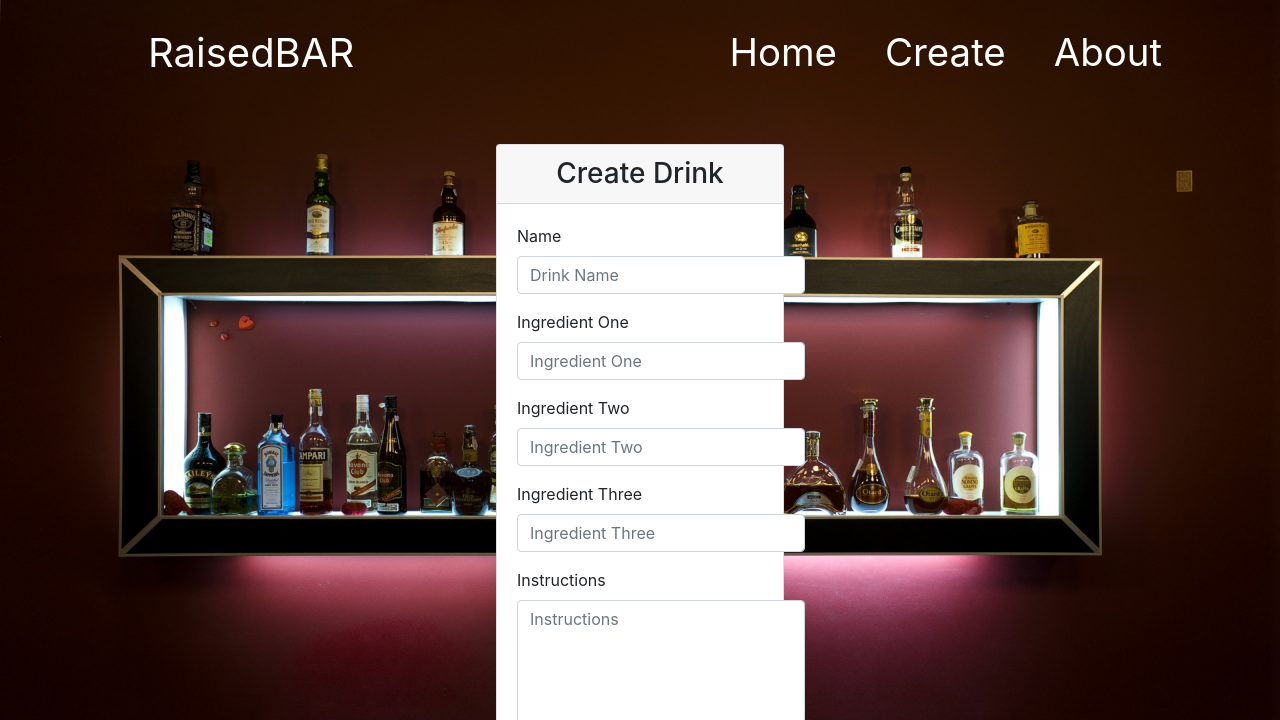
Repository: Ianodad/RaisedBar
Page: /create-drink
An editor plug-in stored every save of this project. The page is shown before and after the next save, followed by the edit.
The browser window is 1280 px wide. The pictures show the whole page.
The project was rebuilt for these pictures with package versions that can differ from the ones it lists, and the page was loaded fresh each time. Also part of the build but not shown: src/api/client.js, src/api/cocktaildb.js, src/component/Search/index.js, src/component/Common/Button/Button.js, src/pages/Home.css, src/component/Common/showCard/Card.css, src/component/Common/showCard/Card.js, src/component/CollectionView/index.js and 4 more.

Above is the page before, as saved 2021-02-02 09:35:09.

### src/index.js
import React from 'react';
import ReactDOM from 'react-dom';
import App from './App';
import reportWebVitals from './reportWebVitals';

import { BrowserRouter } from "react-router-dom";
// import 'bootstrap/dist/css/bootstrap.min.css';
import 'bootstrap/dist/css/bootstrap.min.css';




ReactDOM.render(
  <BrowserRouter>
    <App />
  </BrowserRouter>,
  document.getElementById('root')
);

// If you want to start measuring performance in your app, pass a function
// to log results (for example: reportWebVitals(console.log))
// or send to an analytics endpoint. Learn more: https://bit.ly/CRA-vitals
reportWebVitals();

### src/App.js
import {Route, Switch, Redirect } from "react-router-dom";
import React, { Component } from "react";

import Home from "./pages/Home";
import Details from "./pages/Details";
import CreateDrink from "./pages/CreateDrink";
import SearchPage from "./pages/SearchPage";


import NotFound from "./pages/NotFound";
import Navbar from "./component/Navbar";


class App extends Component {
  render() {
    return (
      <React.Fragment>
       {/* <Navbar/> */}
        <Switch>
					<Route path='/' exact component={Home} />
					<Route exact path='/details/:id' component={Details}/>
          <Route exact path='/create-drink' component={CreateDrink}/>
          <Route exact path='/search' component={SearchPage}/>
					<Route path='/notFound' component={NotFound} />
					<Redirect to='/notFound' />
				</Switch>
     </React.Fragment>
    )
  }
}

export default App

### src/pages/CreateDrink.js
import React, { Component } from "react";
import Layout from "../component/Layout/index";
import { Formik } from "formik";
import firebase from '../firebase'
import nextId from "react-id-generator";


import * as Yup from 'yup';


const validationSchema = Yup.object().shape({
  drinkName : Yup.string()
    .required()
    .email("well that's not an email")

});

class CreateDrink extends Component {

  componentDidMount = async()=>{

    return firebase.firestore().collection("Cocktail")
      .doc("DrinksCreated")
      .set({
        timecreate: firebase.firestore.FieldValue.serverTimestamp(),
        drinkName:'coke',
        ingredient1: "water",
        ingredient2: 'ice',
        ingredient3: "sugar",
        instructions:"mix all together"
      })
      .then(function () {
        console.log("Document successfully written!");
      })
      .catch(function (error) {
        console.error("Error writing document: ", error);
      });

  }

    handleCreateDrink = ({drinkName, ingredient1, ingredient2, ingredient3, instructions}) => {
      console.log(drinkName, ingredient1, ingredient2, ingredient3, instructions)
     return firebase.firestore().collection("Cocktail")
      .doc(drinkName)
      .set({
        idDrink:  nextId(),
        timeCreate: firebase.firestore.FieldValue.serverTimestamp(),
        drinkName: drinkName,
        ingredient1: ingredient1,
        ingredient2: ingredient2,
        ingredient3: ingredient3,
        instructions: instructions
      })
      .then(function () {
        console.log("Document successfully written!");
        window.location = "/";
      })
      .catch(function (error) {
        console.error("Error writing document: ", error);
      });

    };
  render() {
    return (
      <Layout className="container-fluid h-100">
        <div
          className="card card-outline-secondary mx-auto"
          style={{ top: "20%", width:"18em" }}
        >
          <div className="card-header">
            <h3 className="mb-0 text-center">Create Drink</h3>
          </div>
          <div className="card-body mx-auto" >
            <Formik
              initialValues={{
                drinkName: "",
                ingredient1: "",
                ingredient2: "",
                ingredient3: "",
                file:"",
                instructions: "",
              }}
              validate={this.validationSchema}
              onSubmit={(values) => {
                this.handleCreateDrink(values);
              }}
            >
              {({
                values,
                handleChange,
                handleBlur,
                handleSubmit,
                isSubmitting,
              }) => (
                <form
                  className="form"
                  role="form"
                  autoComplete="off"
                  onSubmit={handleSubmit}
                  style={{width:'18em'}}
                >
                  <div className="form-group">
                    <label htmlFor="inputName">Name</label>
                    <input
                      type="text"
                      name="drinkName"
                      onChange={handleChange("drinkName")}
                      onBlur={handleBlur}
                      // value={values.drinkName}
                      className="form-control"
                      id="drinkName"
                      placeholder="Drink Name"
                    />
                  </div>
                  <div className="form-group">
                    <label htmlFor="ingredient1">Ingredient One</label>
                    <input
                      type="text"
                      className="form-control"
                      onChange={handleChange("ingredient1")}
                      // value={values.ingredient1}
                      onBlur={handleBlur}
                      id="ingredient1"
                      placeholder="Ingredient One"
                      required
                    />
                  </div>
                  <div className="form-group">
                    <label htmlFor="ingredient2">Ingredient Two</label>
                    <input
                      type="text"
                      className="form-control"
                      // value={values.ingredient2}
                      onChange={handleChange("ingredient2")}
                      onBlur={handleBlur}
                      id="ingredient2"
                      placeholder="Ingredient Two"
                      required
                    />
                  </div>
                  <div className="form-group">
                    <label htmlFor="ingredient3">Ingredient Three</label>
                    <input
                      type="text"
                      className="form-control"
                      // value={values.ingredient3}
                      onChange={handleChange("ingredient3")}
                      onBlur={handleBlur}
                      id="ingredient3"
                      placeholder="Ingredient Three"
                      required
                    />
                  </div>
                  {/* <div className="form-group">
                    <label for="file">File upload</label>
                    <input
                      id="file"
                      name="file"
                      type="file"
                      onChange={handleChange("file")}
                      className="form-control"
                    />
                  </div> */}
                  <div className="form-group">
                    <label htmlFor="instructions">Instructions</label>
                    <textarea
                      type="text"
                      className="form-control"
                      // value={values.instructions}
                      onChange={handleChange("instructions")}
                      id="instructions"
                      placeholder="Instructions"
                      rows="5"
                      required
                    />
                  </div>
                  <div className="form-group">
                    <button
                      type="submit"
                      className="btn btn-success btn-lg mx-auto"
                    >
                      Create Drink
                    </button>
                  </div>
                </form>
              )}
            </Formik>
          </div>
        </div>
      </Layout>
    );
  }
}

export default CreateDrink;

### src/component/Navbar/index.js
import React, { Component } from 'react'
import { NavLink } from "react-router-dom";

import "./Navbar.css";




class index extends Component {
    render() {
        return (
          <nav className="nav">
            <div className="container">
              <div className="logo">
                <a href="#" style={{color:"white"}}>RaisedBAR</a>
              </div>
              <div id="mainListDiv" className="main_list">
                <ul className="navlinks">
                  <li>
                    <NavLink active to="/">
                        Home
                    </NavLink>
                  </li>
                  <li>
                    <NavLink to="/create-drink">
                        Create
                    </NavLink>
                  </li>
                  <li>
                    <NavLink to="/about">
                       About
                    </NavLink>
                  </li>
                </ul>
              </div>
              <span className="navTrigger">
                <i />
                <i />
                <i />
              </span>
            </div>
          </nav>
        );
    }
}

export default index

### src/component/Layout/index.js
import React, { Component } from 'react'
import "./Layout.css";
import Navbar from "../Navbar";


class index extends Component {
    render() {
        const {className, style, }= this.props
        return (
            <div className={className} style={{style}} id="main-body">
                <Navbar/>
                {this.props.children}
            </div>
        )
    }
}

export default index

### src/firebase.js
import firebase from 'firebase'

import 'firebase/firestore'

const firebaseConfig = {
    apiKey: process.env.REACT_APP_FIREBASE_API_KEY,
    authDomain: process.env.REACT_APP_FIREBASE_AUTH_DOMAIN,
    projectId: process.env.REACT_APP_FIREBASE_PROJECT_ID,
    storageBucket: process.env.REACT_APP_FIREBASE_STORAGE_BUCKET,
    messagingSenderId: process.env.REACT_APP_FIREBASE_MASSAGING_SENDER_ID,
    appId: process.env.REACT_APP_FIREBASE_APP_ID,
    measurementId: process.env.REACT_APP_FIREBASE_MEASUREMENT_ID
  };


firebase.initializeApp(firebaseConfig);

export default firebase;

### src/component/Navbar/Navbar.css
@import url('https://fonts.googleapis.com/css?family=Quicksand:400,500,700');

.nav {
    width: 100%;
    height: 65px;
    position: fixed;
    line-height: 65px;
    text-align: center;
}

.nav div.logo {
    float: left;
    width: auto;
    height: auto;
    padding-left: 3rem;
}

.nav div.logo a {
    text-decoration: none;
    color: black;
    font-size: 2.5rem;
}

.nav div.logo a:hover {
    color: #e61b00;
}

.nav div.main_list {
    height: 65px;
    float: right;
}

.nav div.main_list ul {
    width: 100%;
    height: 65px;
    display: flex;
    list-style: none;
    margin: 0;
    padding: 0;
}

.nav div.main_list ul li {
    width: auto;
    height: 65px;
    padding: 0;
    padding-right: 3rem;
}

.nav div.main_list ul li a {
    text-decoration: none;
    color: rgb(255, 255, 255);
    line-height: 65px;
    font-size: 2.4rem;
}

.nav div.main_list ul li a:hover {
    color: #e62300;
}


.navTrigger {
    display: none;
}

.nav {
    padding-top: 20px;
    padding-bottom: 20px;
    -webkit-transition: all 0.4s ease;
    transition: all 0.4s ease;
}


/* Media qurey section */


@media screen and (max-width:768px) {
    .navTrigger {
        display: block;
    }
    .nav div.logo {
        margin-left: 15px;
    }
    .nav div.main_list {
        width: 100%;
        height: 0;
        overflow: hidden;
    }
    .nav div.show_list {
        height: auto;
        display: none;
    }
    .nav div.main_list ul {
        flex-direction: column;
        width: 100%;
        height: 100vh;
        right: 0;
        left: 0;
        bottom: 0;
        background-color: #111;
        /*same background color of navbar*/
        background-position: center top;
    }
    .nav div.main_list ul li {
        width: 100%;
        text-align: right;
    }
    .nav div.main_list ul li a {
        text-align: center;
        width: 100%;
        font-size: 3rem;
        padding: 20px;
    }
    .nav div.media_button {
        display: block;
    }
}


/* Animation */

.navTrigger {
    cursor: pointer;
    width: 30px;
    height: 25px;
    margin: auto;
    position: absolute;
    right: 30px;
    top: 0;
    bottom: 0;
}

.navTrigger i {
    background-color: #fff;
    border-radius: 2px;
    content: '';
    display: block;
    width: 100%;
    height: 4px;
}

.navTrigger i:nth-child(1) {
    -webkit-animation: outT 0.8s backwards;
    animation: outT 0.8s backwards;
    -webkit-animation-direction: reverse;
    animation-direction: reverse;
}

.navTrigger i:nth-child(2) {
    margin: 5px 0;
    -webkit-animation: outM 0.8s backwards;
    animation: outM 0.8s backwards;
    -webkit-animation-direction: reverse;
    animation-direction: reverse;
}

.navTrigger i:nth-child(3) {
    -webkit-animation: outBtm 0.8s backwards;
    animation: outBtm 0.8s backwards;
    -webkit-animation-direction: reverse;
    animation-direction: reverse;
}

.navTrigger.active i:nth-child(1) {
    -webkit-animation: inT 0.8s forwards;
    animation: inT 0.8s forwards;
}

.navTrigger.active i:nth-child(2) {
    -webkit-animation: inM 0.8s forwards;
    animation: inM 0.8s forwards;
}

.navTrigger.active i:nth-child(3) {
    -webkit-animation: inBtm 0.8s forwards;
    animation: inBtm 0.8s forwards;
}

@-webkit-keyframes inM {
    50% {
        -webkit-transform: rotate(0deg);
    }
    100% {
        -webkit-transform: rotate(45deg);
    }
}

@keyframes inM {
    50% {
        transform: rotate(0deg);
    }
    100% {
        transform: rotate(45deg);
    }
}

@-webkit-keyframes outM {
    50% {
        -webkit-transform: rotate(0deg);
    }
    100% {
        -webkit-transform: rotate(45deg);
    }
}

@keyframes outM {
    50% {
        transform: rotate(0deg);
    }
    100% {
        transform: rotate(45deg);
    }
}

@-webkit-keyframes inT {
    0% {
        -webkit-transform: translateY(0px) rotate(0deg);
    }
    50% {
        -webkit-transform: translateY(9px) rotate(0deg);
    }
    100% {
        -webkit-transform: translateY(9px) rotate(135deg);
    }
}

@keyframes inT {
    0% {
        transform: translateY(0px) rotate(0deg);
    }
    50% {
        transform: translateY(9px) rotate(0deg);
    }
    100% {
        transform: translateY(9px) rotate(135deg);
    }
}

@-webkit-keyframes outT {
    0% {
        -webkit-transform: translateY(0px) rotate(0deg);
    }
    50% {
        -webkit-transform: translateY(9px) rotate(0deg);
    }
    100% {
        -webkit-transform: translateY(9px) rotate(135deg);
    }
}

@keyframes outT {
    0% {
        transform: translateY(0px) rotate(0deg);
    }
    50% {
        transform: translateY(9px) rotate(0deg);
    }
    100% {
        transform: translateY(9px) rotate(135deg);
    }
}

@-webkit-keyframes inBtm {
    0% {
        -webkit-transform: translateY(0px) rotate(0deg);
    }
    50% {
        -webkit-transform: translateY(-9px) rotate(0deg);
    }
    100% {
        -webkit-transform: translateY(-9px) rotate(135deg);
    }
}

@keyframes inBtm {
    0% {
        transform: translateY(0px) rotate(0deg);
    }
    50% {
        transform: translateY(-9px) rotate(0deg);
    }
    100% {
        transform: translateY(-9px) rotate(135deg);
    }
}

@-webkit-keyframes outBtm {
    0% {
        -webkit-transform: translateY(0px) rotate(0deg);
    }
    50% {
        -webkit-transform: translateY(-9px) rotate(0deg);
    }
    100% {
        -webkit-transform: translateY(-9px) rotate(135deg);
    }
}

@keyframes outBtm {
    0% {
        transform: translateY(0px) rotate(0deg);
    }
    50% {
        transform: translateY(-9px) rotate(0deg);
    }
    100% {
        transform: translateY(-9px) rotate(135deg);
    }
}

### src/component/Layout/Layout.css
body,
html {
  height: 100%;
  width: 100%;
  margin: 0;
  padding: 0;
  /* background: #e74c3c !important; */
}


#main-body{
    background-image: url("../../img/main_background.jpg");
    background-repeat: no-repeat;
    background-size: cover;
    background-position: center;
    height: 100%;
    width: 100%;
    position: fixed;
}

### src/component/Search/Search.css
body,
html {
  height: 100%;
  width: 100%;
  margin: 0;
  padding: 0;
  background: #e74c3c !important;
}

.searchbar {
  margin-bottom: auto;
  margin-top: auto;
  height: 60px;
  background-color: #353b48;
  border-radius: 30px;
  padding: 10px;
}

.search_input {
  color: white;
  border: 0;
  outline: 0;
  background: none;
  width: 0;
  caret-color: transparent;
  line-height: 40px;
  transition: width 0.4s linear;
}

.searchbar:hover > .search_input {
  padding: 0 10px;
  width: 450px;
  caret-color: red;
  transition: width 0.4s linear;
}

.searchbar:hover > .search_icon {
  background: white;
  color: #e74c3c;
}

.search_icon {
  height: 40px;
  width: 40px;
  float: right;
  display: flex;
  justify-content: center;
  align-items: center;
  border-radius: 50%;
  color: white;
  text-decoration: none;
}

### src/component/Common/Button/button.css
@import url('https://fonts.googleapis.com/css?family=Mukta:700');
 * {
	 box-sizing: border-box;
}
 *::before, *::after {
	 box-sizing: border-box;
}
 body {
	 font-family: 'Mukta', sans-serif;
	 /* font-size: 1rem;
	 line-height: 1.5;
	 display: flex;
	 align-items: center;
	 justify-content: center;
	 margin: 0;
	 min-height: 100vh;
	 background: #f3f8fa; */
}
 button {
	 position: relative;
	 display: inline-block;
	 cursor: pointer;
	 outline: none;
	 border: 0;
	 vertical-align: middle;
	 text-decoration: none;
	 background: transparent;
	 padding: 0;
	 font-size: inherit;
	 font-family: inherit;
}
 button.learn-more {
	 width: 12rem;
	 height: auto;
}
 button.learn-more .circle {
	 transition: all 0.45s cubic-bezier(0.65, 0, 0.076, 1);
	 position: relative;
	 display: block;
	 margin: 0;
	 width: 3rem;
	 height: 3rem;
	 background: #282936;
	 border-radius: 1.625rem;
}
 button.learn-more .circle .icon {
	 transition: all 0.45s cubic-bezier(0.65, 0, 0.076, 1);
	 position: absolute;
	 top: 0;
	 bottom: 0;
	 margin: auto;
	 background: #fff;
}
 button.learn-more .circle .icon.arrow {
	 transition: all 0.45s cubic-bezier(0.65, 0, 0.076, 1);
	 left: 0.625rem;
	 width: 1.125rem;
	 height: 0.125rem;
	 background: none;
}
 button.learn-more .circle .icon.arrow::before {
	 position: absolute;
	 content: '';
	 top: -0.25rem;
	 right: 0.0625rem;
	 width: 0.625rem;
	 height: 0.625rem;
	 border-top: 0.125rem solid #fff;
	 border-right: 0.125rem solid #fff;
	 transform: rotate(45deg);
}
 button.learn-more .button-text {
	 transition: all 0.45s cubic-bezier(0.65, 0, 0.076, 1);
	 position: absolute;
	 top: 0;
	 left: 0;
	 right: 0;
	 bottom: 0;
	 padding: 0.75rem 0;
	 margin: 0 0 0 1.85rem;
	 color: #282936;
	 font-weight: 700;
	 line-height: 1.6;
	 text-align: center;
	 text-transform: uppercase;
}
 button:hover .circle {
	 width: 100%;
}
 button:hover .circle .icon.arrow {
	 background: #fff;
	 transform: translate(1rem, 0);
}
 button:hover .button-text {
	 color: #fff;
}
 @supports (display: grid) {
	 /* body {
		 display: grid;
		 grid-template-columns: repeat(4, 1fr);
		 grid-gap: 0.625rem;
		 grid-template-areas: ". main main ." ". main main .";
	} */
	 #container {
		 grid-area: main;
		 align-self: center;
		 justify-self: center;
	}
}

Loaded but not shown: public/index.html (common file); src/reportWebVitals.js (common file)

After the next save:
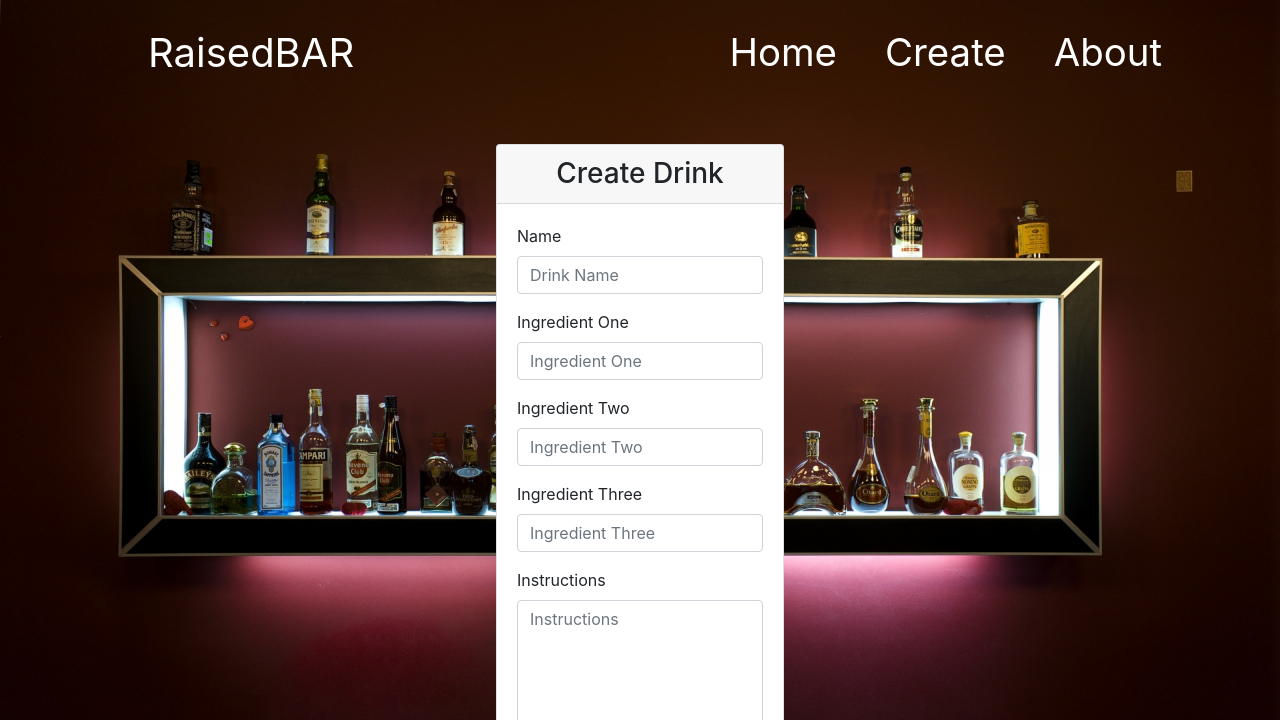
Saved 14 s later.
--- a/src/pages/CreateDrink.js
+++ b/src/pages/CreateDrink.js
@@ -97,7 +97,6 @@ class CreateDrink extends Component {
                   role="form"
                   autoComplete="off"
                   onSubmit={handleSubmit}
-                  style={{width:'18em'}}
                 >
                   <div className="form-group">
                     <label htmlFor="inputName">Name</label>
